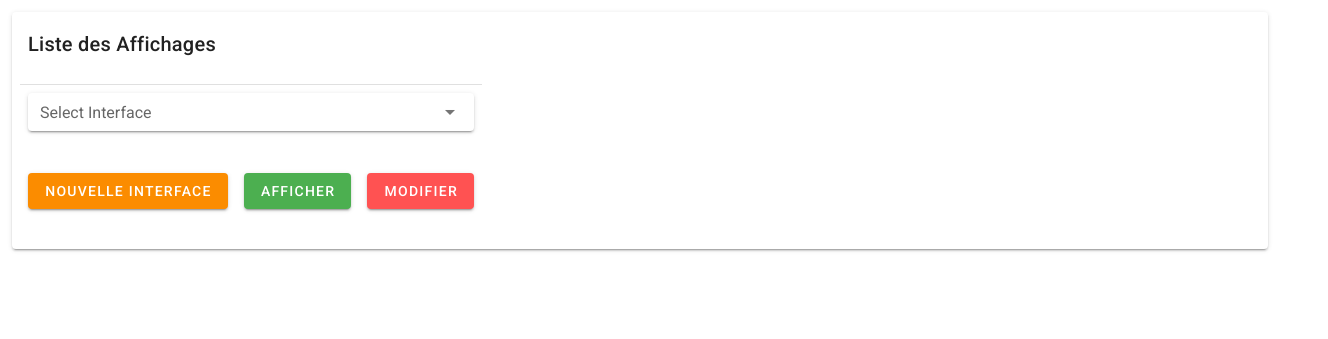
Repository: Hamagistral/BannerApp-Vue
Page: /#/
The author's editor kept a copy of each file at every save. The page is drawn from the files as they stood at one save, then again after the next save.
The browser window is 1280 px wide. The page is 1280 px wide, then 1328 px, so the pictures cover 1328 px, including what lies to the right of the window. The pictures show the whole page.
The project was rebuilt for these pictures with package versions that can differ from the ones it lists, and the page was loaded fresh each time. Also part of the build but not shown: vue.config.js, src/components/WidgetText.vue, src/components/WidgetImage.vue, src/components/DynamicPage.vue.

Above is the page before, as saved 2023-02-07 01:29:55.

### public/index.html
<!DOCTYPE html>
<html lang="en">
  <head>
    <meta charset="utf-8">
    <meta http-equiv="X-UA-Compatible" content="IE=edge">
    <meta name="viewport" content="width=device-width,initial-scale=1.0">
    <link rel="icon" href="<%= BASE_URL %>favicon.ico">
    <title>Banner App</title>
    <link rel="stylesheet" href="https://fonts.googleapis.com/css?family=Roboto:100,300,400,500,700,900">
    <link rel="stylesheet" href="https://cdn.jsdelivr.net/npm/@mdi/font@latest/css/materialdesignicons.min.css">
  </head>
  <body>
    <noscript>
      <strong>We're sorry but Banner App doesn't work properly without JavaScript enabled. Please enable it to continue.</strong>
    </noscript>
    <div id="app"></div>
    <!-- built files will be auto injected -->
  </body>
</html>

### src/App.vue
<template>
  <v-app>
    <v-main>
      <v-container class="my-auto" fluid>
        <router-view align="center" justify="center" ></router-view>
      </v-container>
    </v-main>
  </v-app>
</template>

<script>

export default {
  name: "App",
  components: {},
};
</script>

### src/router/index.js
import Vue from 'vue'
import VueRouter from 'vue-router'
import DynamicPage from '../components/DynamicPage'
import Home from "../components/Home";

Vue.use(VueRouter)

const routes = [
  {
    path: '/',
    name: 'home',
    component: Home
  },
  {
    path: '/dynamicPage',
    name: 'dynamicPage',
    component: DynamicPage
  },

]
const router = new VueRouter({
  routes
})

export default router

### src/components/Home.vue
<template>
  <div class="text-center mx-auto">
    <v-dialog v-model="dialog" persistent>
      <template v-slot:activator="{ on, attrs }">
        <v-card>
            <v-card-title color="warning" text>Liste des Affichages</v-card-title >

            <v-spacer></v-spacer>

            <v-card-actions>
              <div class="text-center">
                <v-divider></v-divider>
                <v-select
                  class="ma-2"
                  :items="items"
                  label="Select Interface"
                  dense
                  solo
                ></v-select>

                <v-btn class="ma-2 mb-8" color="warning" v-bind="attrs" v-on="on">
                  Nouvelle Interface
                </v-btn>

                <v-btn class="ma-2 mb-8" color="success" to="/dynamicPage">
                  Afficher
                </v-btn>

                <v-btn class="ma-2 mb-8" color="error">
                  Modifier
                </v-btn>
              </div>
            </v-card-actions>
        </v-card>
      </template>

      <v-card>
        <v-card-title class="text-h5 grey lighten-2">
          Add Interfaces
        </v-card-title>

        <v-tabs class="text-center">
          <v-tab>Créer un nouvelle Interface</v-tab>
          <v-tab-item class="py-8 px-4">
            <v-row align="center">
              <v-col cols="12" sm="6" md="4">
                <v-text-field dense label="Nom de l'interface" v-model="newItem"></v-text-field
                ></v-col
              ><v-btn tile color="success" v-on:click="items.push(newItem)" @click="dialog = false">
                  <v-icon left> mdi-pencil </v-icon>
                  Créer
                </v-btn></v-row
            >
          </v-tab-item>
          <v-tab>Importer une Interface</v-tab>
        </v-tabs>
        <v-divider></v-divider>
        <v-card-actions>
          <v-spacer></v-spacer>
          <v-btn color="primary" text @click="dialog = false"> Fermer </v-btn>
        </v-card-actions>
      </v-card>
    </v-dialog>
  </div>
</template>

<script>

export default {
  components: {
  },

  data() {
    return {
      newItem: "",
      show: false,
      dialog: false,
      items: ["Interface 1", "Interface 2", "Interface 3", "Interface 4"],
    };
  },
};
</script>

Loaded but not shown: src/main.js (common file); src/store/index.js (common file); src/plugins/vuetify.js (common file)

After the next save:
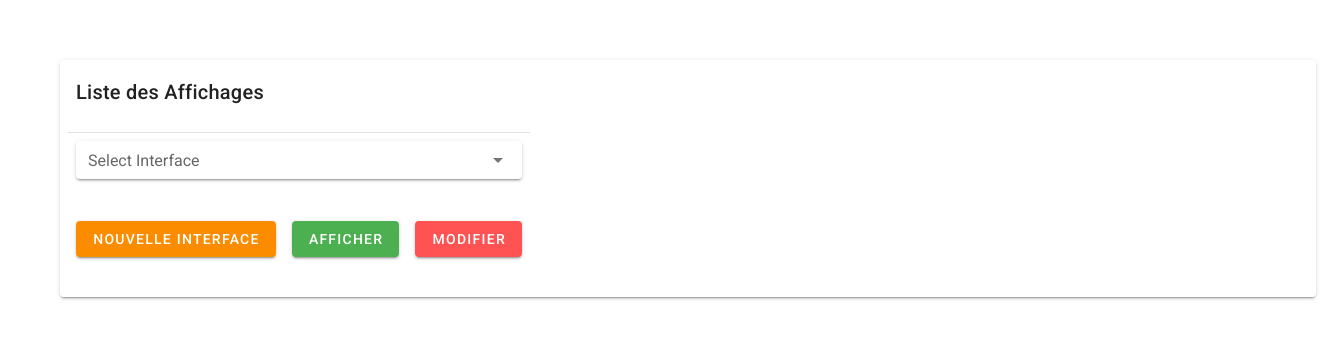
Saved 4 s later.
--- a/src/App.vue
+++ b/src/App.vue
@@ -1,7 +1,7 @@
 <template>
   <v-app>
     <v-main>
-      <v-container class="my-auto" fluid>
+      <v-container class="ma-12" fluid>
         <router-view align="center" justify="center" ></router-view>
       </v-container>
     </v-main>
